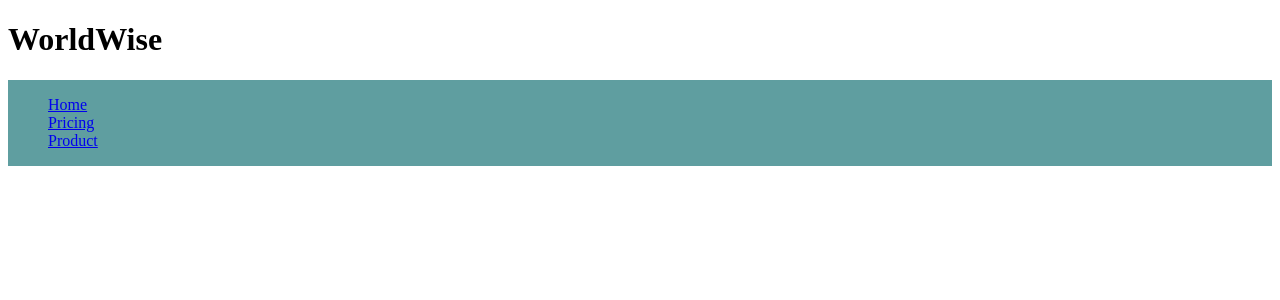
Repository: pmcalmeida/worldwise
Page: /
An editor plug-in stored every save of this project. The page is shown before and after the next save, followed by the edit.
The browser window is 1280 px wide. The pictures show the whole page.
The project was rebuilt for these pictures with package versions that can differ from the ones it lists, and the page was loaded fresh each time. Also part of the build but not shown: vite.config.js, src/pages/Product.jsx, src/pages/Pricing.jsx, src/pages/PageNotFound.jsx.

Above is the page before, as saved 2024-07-17 16:04:43.

### src/App.jsx
import { BrowserRouter, Route, Routes } from "react-router-dom";
import Product from "./pages/Product";
import Pricing from "./pages/Pricing";
import Home from "./pages/Home";
import PageNotFound from "./pages/PageNotFound";

function App() {
  return (
    <BrowserRouter>
        <Routes>
          <Route path="/" element={<Home />}></Route>
          <Route path="product" element={<Product />}></Route>
          <Route path="pricing" element={<Pricing />}></Route>
          <Route path="*" element={<PageNotFound />}></Route>
        </Routes>
      </BrowserRouter>
  )
}

export default App

### src/pages/Home.jsx
import PageNav from "../components/PageNav"

function Home() {
    return (
        <div>
            <h1>WorldWise</h1>
            <PageNav />
        </div>
    )
}

export default Home

### src/components/PageNav.jsx
import { NavLink } from "react-router-dom"
import styles from "./PageNav.module.css";

function PageNav() {
    return (
        <nav className={styles.nav}>
            <ul>
                <li>
                    <NavLink to="/">Home</NavLink>
                </li>
                <li>
                    <NavLink to="/pricing">Pricing</NavLink>
                </li>
                <li>
                    <NavLink to="/product">Product</NavLink>
                </li>
            </ul>
        </nav>
    )
}

export default PageNav

### src/components/PageNav.module.css
.nav {
    display: flex;
    justify-content: space-between;
    background-color: cadetblue;
}

.nav ul {
    list-style: none;
}

Loaded but not shown: index.html (common file); src/main.jsx (common file)

After the next save:
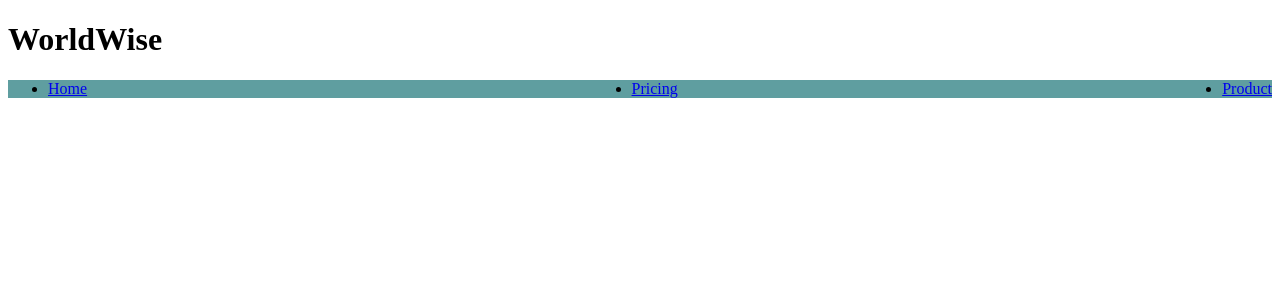
Saved 18 s later.
--- a/src/components/PageNav.jsx
+++ b/src/components/PageNav.jsx
@@ -3,8 +3,8 @@ import styles from "./PageNav.module.css";
 
 function PageNav() {
     return (
-        <nav className={styles.nav}>
-            <ul>
+        <nav>
+            <ul className={styles.nav}>
                 <li>
                     <NavLink to="/">Home</NavLink>
                 </li>
